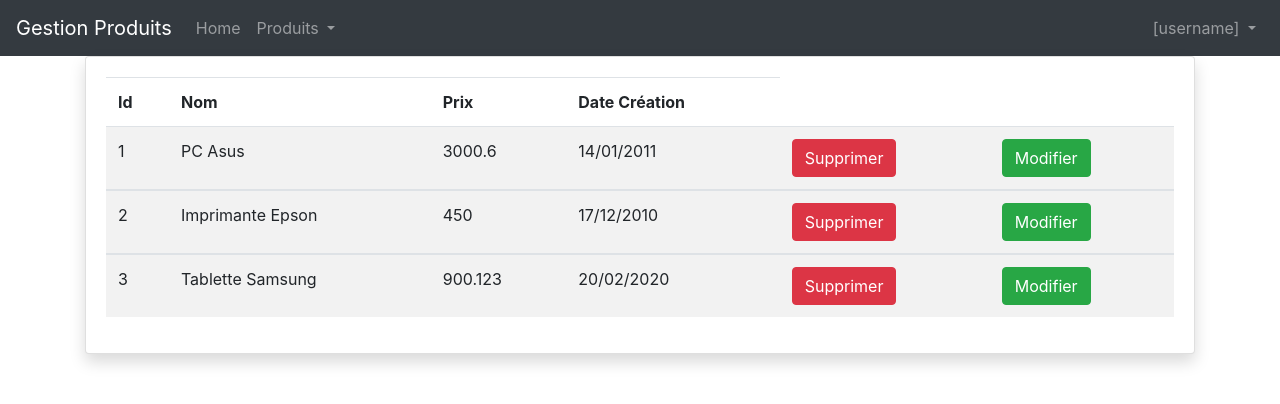
Repository: nadhemBelHadj/Angular_Atelier_Recherche
Page: /
The author's editor kept a copy of each file at every save. The page is drawn from the files as they stood at one save, then again after the next save.
The browser window is 1280 px wide. The pictures show the whole page.
The project was rebuilt for these pictures with package versions that can differ from the ones it lists, and the page was loaded fresh each time. Also part of the build but not shown: angular.json, src/app/add-produit/add-produit.component.ts, src/app/update-produit/update-produit.component.ts.

Above is the page before, as saved 2021-11-30 15:53:55.

After the next save:
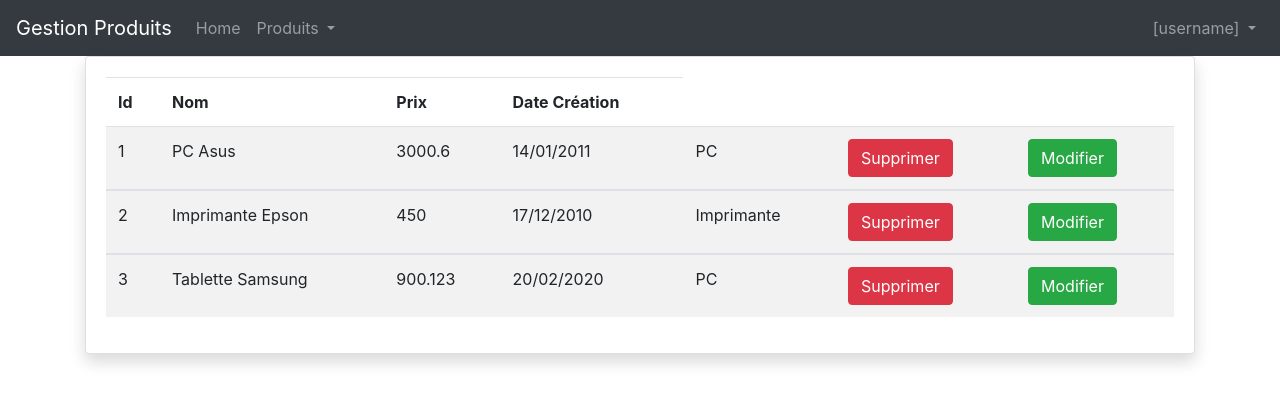
Saved 26 min 24 s later.
--- a/src/app/produits/produits.component.html
+++ b/src/app/produits/produits.component.html
@@ -9,6 +9,7 @@
                           <td>{{produit.nomProduit}}</td>
                           <td>{{produit.prixProduit}}</td>
                           <td>{{produit.dateCreation | date:'dd/MM/yyyy'}}</td>
+                          <td>{{produit.categorie.nomCat}}</td>
                           <td><a class="btn btn-danger" (click)="supprimerProduit(produit)">Supprimer</a></td>
                           <td><a class="btn btn-success" [routerLink]="['/updateProduit',produit.idProduit]">Modifier</a></td>
 
